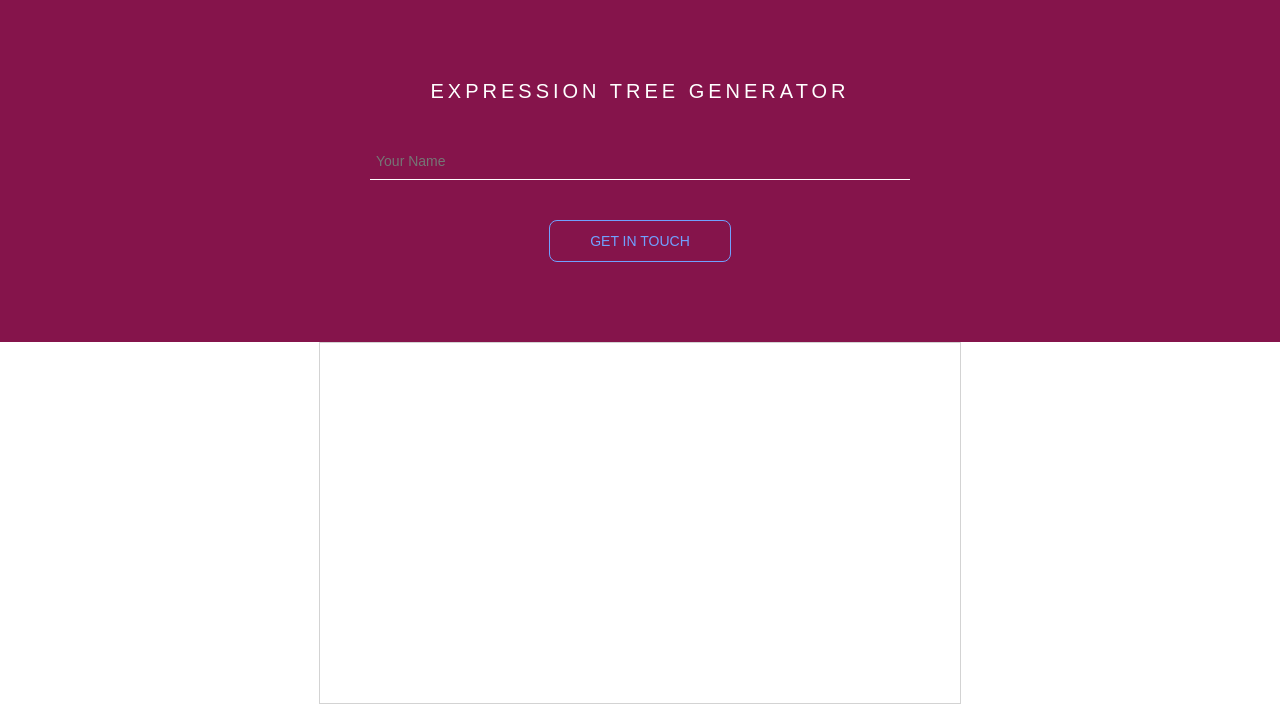
Repository: lnogueir/expression-tree-gen
Page: index.html
These files come from the project's save history. The page is drawn as it stood at one moment and after the next save; the edit follows.
The browser window is 1280 px wide. The pictures show the whole page.

Above is the page before, as saved 2020-03-15 19:14:02.

### index.html
<!DOCTYPE html>
<html lang="en">

<head>
    <meta charset="UTF-8">
    <meta name="viewport" content="width=device-width, initial-scale=1.0">
    <title>Canvas</title>
    <link rel="stylesheet" href="app.css">
</head>

<body>

    <div class="contact-section">
        <div class="inner-width">
          <h1>Expression Tree Generator</h1>
          <input type="text" class="name" id = 'expression-input' placeholder="Your Name">
          <button id="generate-tree">Get in touch</button>
        </div>
      </div>

    <div id="canvas-container">
        <canvas></canvas>
    </div>
</body>
<script src="https://ajax.googleapis.com/ajax/libs/jquery/3.4.1/jquery.min.js"></script>
<script src="https://cdnjs.cloudflare.com/ajax/libs/mathjs/6.6.1/math.min.js"></script>
<script src="tree.js"></script>
<script src="infixToPostfix.js"></script>
<script src="canvas.js"></script>

</html>

### app.css
*{
    margin: 0;
    padding: 0;
    box-sizing: border-box;
    font-family: "montserrat",sans-serif;
  }
  .contact-section{
    background: #85144b;
    padding: 80px 0;
    text-align: center;
  }

  .inner-width{
    max-width: 600px;
    margin: auto;
    padding: 0 20px;
  }

  .contact-section h1{
    font-size: 20px;
    color: #FFF;
    margin-bottom: 40px;
    text-transform: uppercase;
    letter-spacing: 4px;
    font-weight: 400;
  }

  .name,.email,.message{
    background: none;
    border:none;
    outline: none;
    border-bottom: 1px solid;
    color: #FFF;
    padding: 10px 6px;
    font-size: 14px;
    margin-bottom: 40px;
  }

  .name{
    float: center;
    width: 540px;
  }


  .contact-section button{
      outline: none;
    background: none;
    color: #70a1ff;
    border: 1px solid #70a1ff;
    padding: 12px 40px;
    border-radius: 8px;
    text-transform: uppercase;
    font-size: 14px;
    transition: 0.4s linear;
    cursor: pointer;
  }

  .contact-section button:hover{
    background: #70a1ff;
    color: #fff;
  }


  @media screen and (max-width:600px){
    .name,.email{
      width: 100%;
    }
  }

#canvas-container{
    outline: none;
    border: none;
    display: flex;
    flex-direction: column;
    align-items: center;
    margin: auto;
    height: 50vh;
    width: 50vw;
    background: #FFF;
}

canvas{
    border: 1px solid lightgray;
}

### tree.js
function Node(value) {
    const radius = 32.5
    this.value = value;
    this.x = null;
    this.y = null;
    this.right = null;
    this.left = null;

    this.isLeaf = () => this.right == null && this.left == null;

    this.drawEdge = function (context, x, y, left_way) {
        context.strokeStyle = 'gray';
        context.beginPath()
        const x_y_ratio = Math.abs(this.y - y) / Math.abs(this.x - x)
        const w = radius * Math.sqrt(1 / (1 + Math.pow(x_y_ratio, 2)))
        const d = x_y_ratio * w
        if (left_way) {
            context.moveTo(this.x - w, this.y + d)
            context.lineTo(x + w, y - d)
        } else {
            context.moveTo(this.x + w, this.y + d)
            context.lineTo(x - w, y - d)
        }

        context.stroke()
    }

    this.draw = function (context) {
        context.beginPath()
        context.arc(this.x, this.y, radius, 0, Math.PI * 2, false)
        context.fillStyle = 'rgba(255, 255, 255, 0.5)'
        context.fill()
        context.strokeStyle = 'black'
        context.stroke()
        context.font = '25px Times New Roman'
        context.textAlign = 'center'
        context.textBaseline = 'middle'
        context.fillStyle = "black";
        context.fillText(this.value, this.x, this.y);
    }
}

function constructTree(postfix) {
    const OPERATORS = ['*', '/', '-', '+']
    var stack = []
    var root = null;
    var current;
    var shift = false;
    for (var i = postfix.length - 1; i >= 0; i--) {
        if (null === root) {
            current = new Node(postfix[i]);
            root = current;
        } else {
            if (shift) {
                current.left = new Node(postfix[i])
                current = current.left
                shift = false
            } else {
                current.right = new Node(postfix[i])
                current = current.right
            }
        }
        if (OPERATORS.includes(postfix[i])) {
            stack.push(current);
        } else {
            current = stack.pop();
            shift = true
        }
    }
    return root;
}

function getSize(root) {
    var size = 0
    function countSize(root) {
        if (null != root) {
            size++;
            countSize(root.left)
            countSize(root.right)
        }
    }
    countSize(root);
    return size;
}

function print_coords(root) {
    if (null != root) {
        print_coords(root.left)
        console.log(root.value, root.x, root.y)
        print_coords(root.right)
    }
}

function setCoordinates(root) {
    var i = 0
    const OFFSET = 50
    const size = getSize(root)
    const canvas_mid_point = window.innerWidth / 2;
    function setCoordinates(subt, depth) {
        if (null != subt) {
            setCoordinates(subt.left, depth + 1)
            subt.x = canvas_mid_point + (OFFSET * (i - size / 2))
            subt.y = OFFSET + (depth * 1.5 * OFFSET)
            i++
            setCoordinates(subt.right, depth + 1)
        }
    }
    setCoordinates(root, 0)
}

function drawTree(root, context) {
    if (null != root) {
        root.draw(context)
        if (null != root.left) {
            root.drawEdge(context, root.left.x, root.left.y, true);
        }
        drawTree(root.left, context)
        if (null != root.right) {
            root.drawEdge(context, root.right.x, root.right.y, false)
        }
        drawTree(root.right, context)
    }
}

### infixToPostfix.js
function isBracketed(expr) {
  var stack = []
  for (var i = 0; i < expr.length; i++) {
    if ('(' === expr[i]) {
      stack.push('(')
    } else if (')' === expr[i]) {
      stack.pop()
      if (stack.length === 0) {
        if (i !== expr.length - 1) {
          return false
        } else {
          return true
        }
      }
    }
  }
  return false;
}

function isValidExpression(expr) {
  if (expr.length < 3) {
    return false;
  }
  for (var i = 0; i < expr.length; i++) {
    if ('abcdefghijklmnopqrstuvwxyz*()/+-'.indexOf(expr[i]) === -1) {
      return false;
    }
  }
  try {
    while ("(" === expr[0] && ")" === expr[expr.length - 1]) {
      if (isBracketed(expr)) {
        expr = expr.substring(1, expr.length - 1);
      } else break;
    }
    var res = math.parse(expr);
    if ((typeof res.implicit === 'undefined') || res.fn.indexOf('unary') !== -1) {
      return false;
    }
    return true;
  }
  catch (ex) {
    return false;
  }
}

function infixToPostfix(expression) {
  if (!isValidExpression(expression)) {
    return null;
  }
  const prec = { "*": 3, "/": 3, "-": 2, "+": 2, "(": 1 }
  op_stack = []
  postfixList = []
  tokens = expression.split('')
  for (const token of tokens) {
    if ("abcdefghijklmnopqrstuvwxyz".indexOf(token) !== -1) {
      postfixList.push(token)
    } else if ("(" === token) {
      op_stack.push(token)
    } else if (")" === token) {
      var top_op_token = op_stack.pop()
      while (top_op_token !== '(') {
        postfixList.push(top_op_token)
        top_op_token = op_stack.pop()
      }
    } else {
      var peek_elem = op_stack.slice(-1)[0];
      while (op_stack.length > 0 && (prec[peek_elem] >= prec[token])) {
        postfixList.push(op_stack.pop())
        peek_elem = op_stack.slice(-1)[0];
      }
      op_stack.push(token)
    }
  }
  while (op_stack.length > 0) {
    postfixList.push(op_stack.pop())
  }
  return postfixList
}

### canvas.js
var canvas = document.querySelector('canvas')

canvas.height = document.getElementById('canvas-container').offsetHeight;
canvas.width = document.getElementById('canvas-container').offsetWidth;

var c = canvas.getContext('2d')

$('#generate-tree').click(() => {
    var expression = $('#expression-input').val()
    if (typeof expression !== 'undefined' && null != expression) {
        expression = expression.replace(/\s+/g, '')
        expression = expression.toLowerCase()
        var postfix = infixToPostfix(expression);
        if (null !== postfix) {
            var root = constructTree(postfix)
            setCoordinates(root)
            c.clearRect(0, 0, canvas.width, canvas.height);
            drawTree(root, c)
        } else {
            alert('Enter valid expression')
        }

    } else {
        alert('Enter valid expression')
    }
})

After the next save:
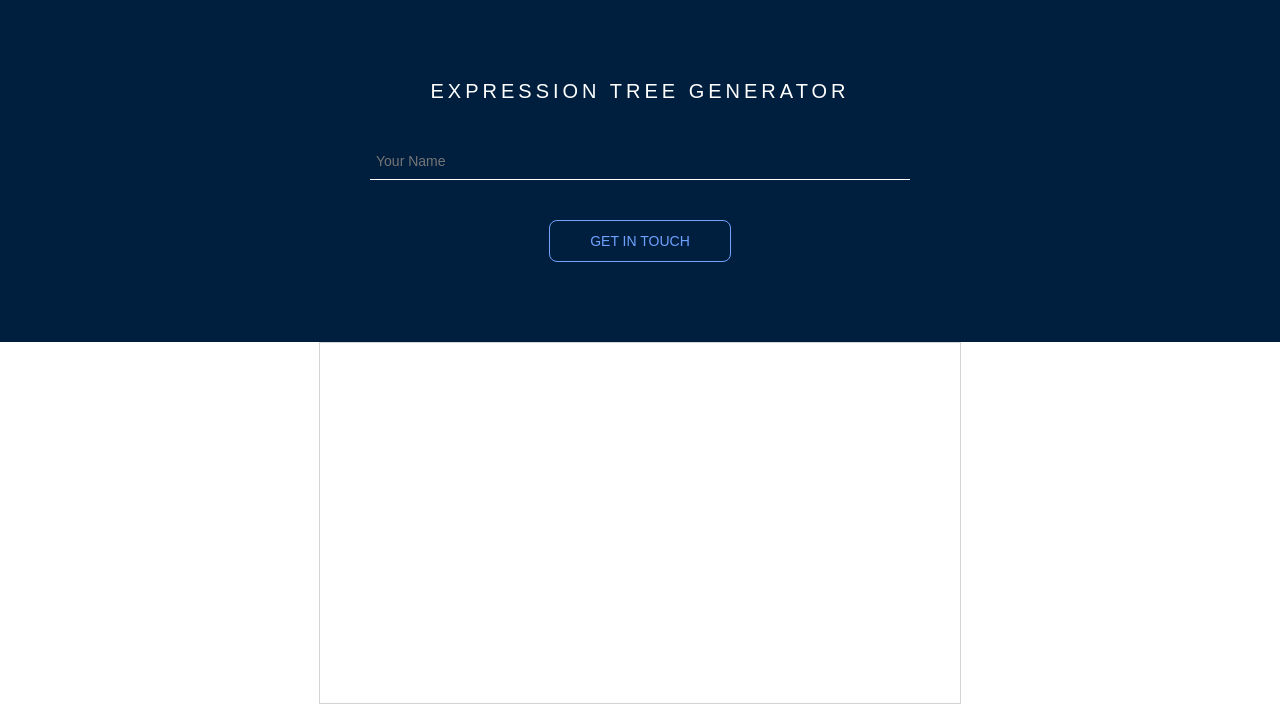
Saved 72 s later.
--- a/app.css
+++ b/app.css
@@ -5,7 +5,7 @@
     font-family: "montserrat",sans-serif;
   }
   .contact-section{
-    background: #85144b;
+    background: #001f3f;
     padding: 80px 0;
     text-align: center;
   }
@@ -40,7 +40,6 @@
     float: center;
     width: 540px;
   }
-
 
   .contact-section button{
       outline: none;
